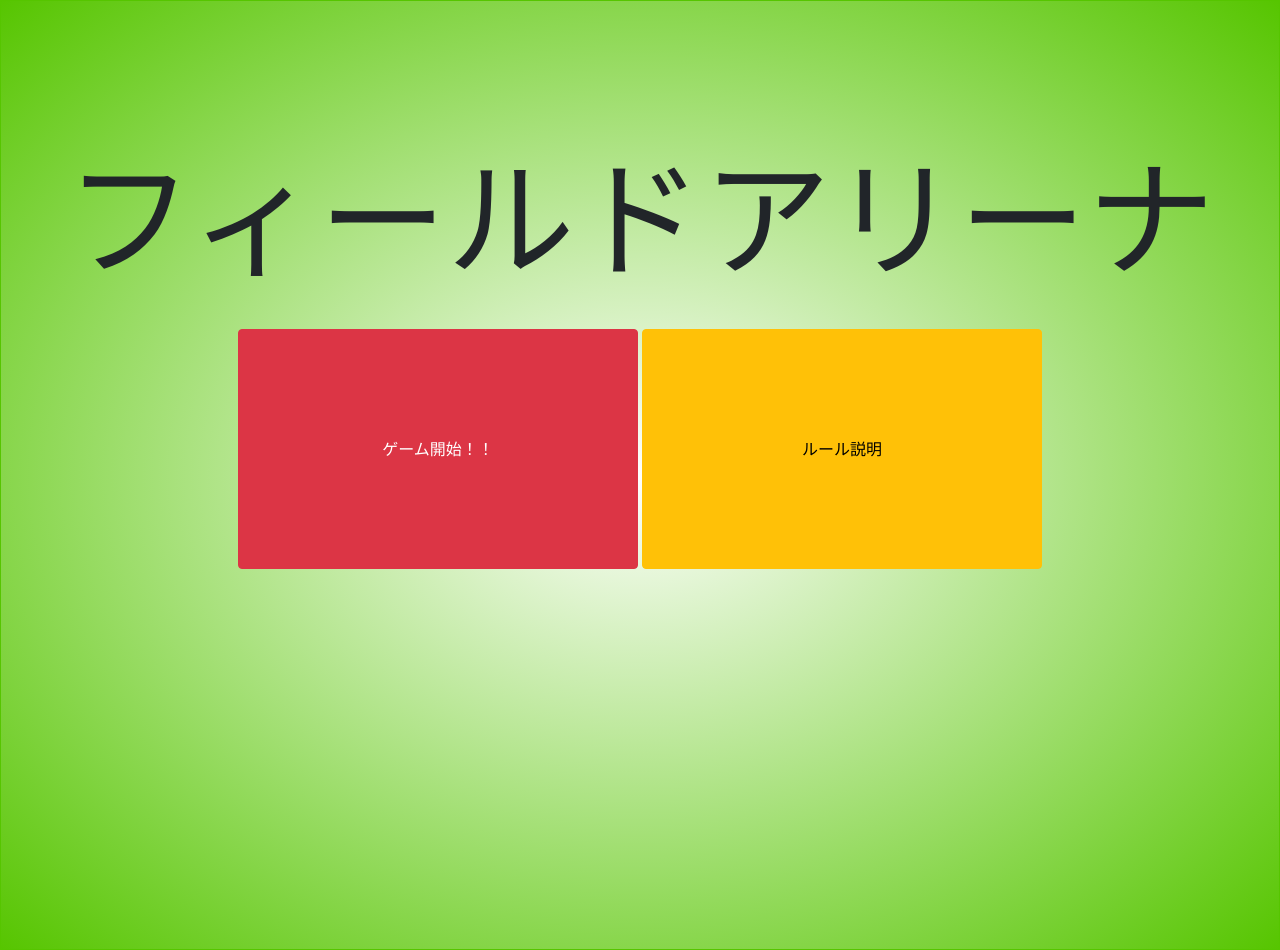
Repository: e1b21074/field_arena
Page: .log/field_arena/src/main/resources/static/index.html
The author's editor kept a copy of each file at every save. The page is drawn from the files as they stood at one save, then again after the next save.
The browser window is 1280 px wide. The pictures show the whole page.

Above is the page before, as saved 2024-01-09 15:09:23.

### .log/field_arena/src/main/resources/static/index.html
<!DOCTYPE html>
<html lang="en">

<head>
  <meta charset="UTF-8">
  <meta name="viewport" content="width=device-width, initial-scale=1.0">
  <!-- bootstrap CSS -->
  <link href="https://cdn.jsdelivr.net/npm/bootstrap@5.0.2/dist/css/bootstrap.min.css" rel="stylesheet"
    integrity="sha384-EVSTQN3/azprG1Anm3QDgpJLIm9Nao0Yz1ztcQTwFspd3yD65VohhpuuCOmLASjC" crossorigin="anonymous">

  <title>カードゲーム</title>

  <style>
    .title{
      font-size: 128px;
    }

  button {
    width: 25em;
    height:15em;
  }

    .gradient {
      background:radial-gradient(#fff, #56C500);
      height: 950px;
      border: 1px solid #56C500;
  }
  </style>
</head>

<body class="gradient">
  <center>
    <div style="text-align: center;">
      <br><br><br><br><br>
      <p class="title">
      フィールドアリーナ
      </p>
      <button type="button" class="btn btn-danger" onclick="location.href='/gamearea'">ゲーム開始！！</button>
      <button type="button" class="btn btn-warning" onclick="location.href='/rule'">ルール説明</button>
    </div>
  </center>

  <script src="https://cdn.jsdelivr.net/npm/bootstrap@5.0.2/dist/js/bootstrap.bundle.min.js"
    integrity="sha384-MrcW6ZMFYlzcLA8Nl+NtUVF0sA7MsXsP1UyJoMp4YLEuNSfAP+JcXn/tWtIaxVXM"
    crossorigin="anonymous"></script>
</body>

</html>

After the next save:
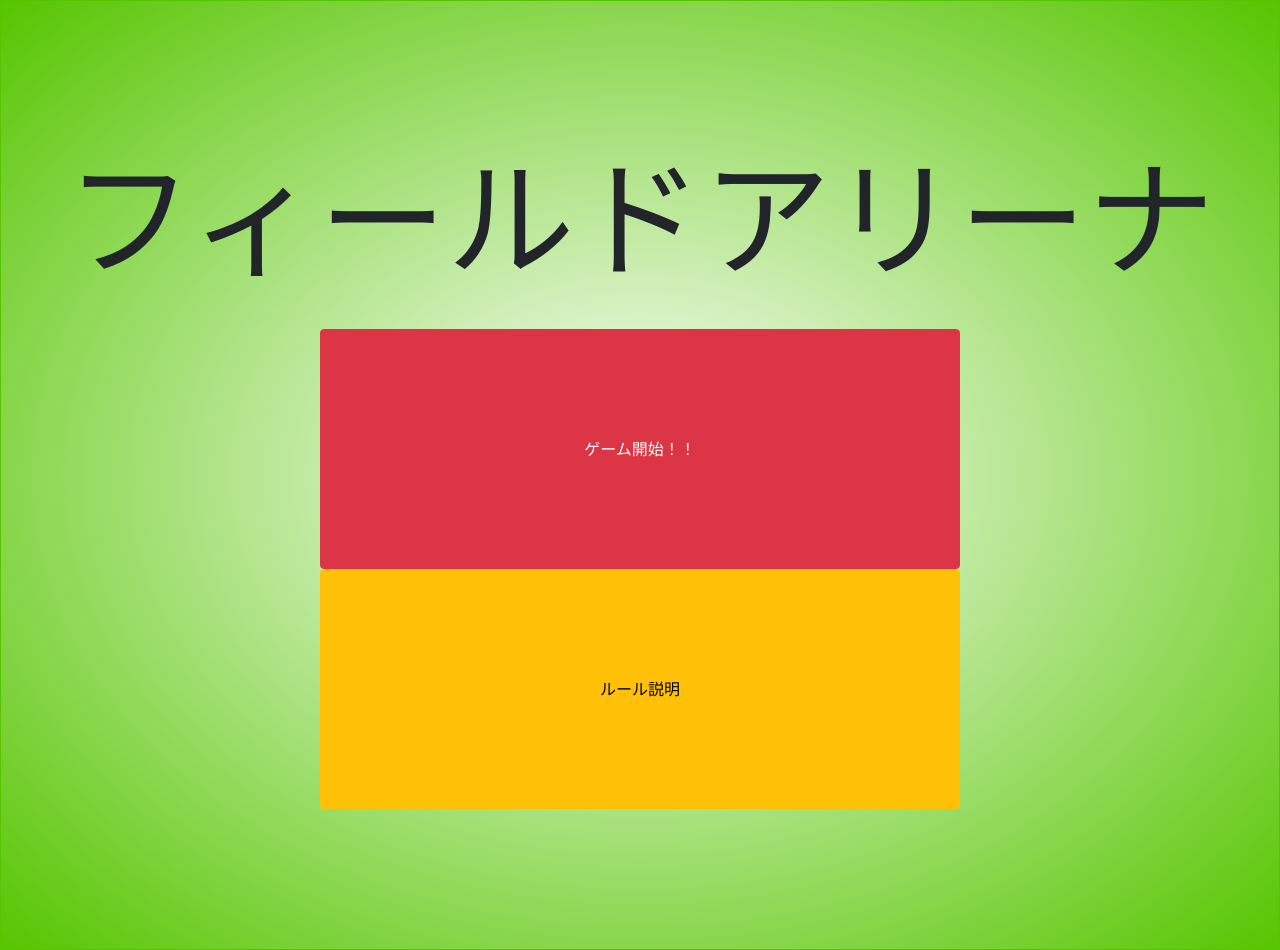
Saved 4 s later.
--- a/.log/field_arena/src/main/resources/static/index.html
+++ b/.log/field_arena/src/main/resources/static/index.html
@@ -16,7 +16,7 @@
     }
 
   button {
-    width: 25em;
+    width: 40em;
     height:15em;
   }
 
